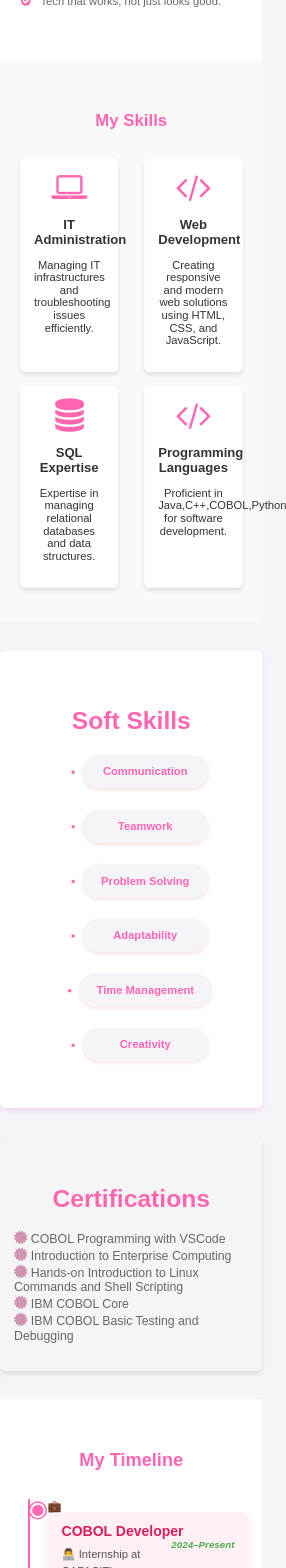
Repository: asandan8106/Asanda-sPortfolio
Page: Portfolio/About.html
The author's editor kept a copy of each file at every save. The page is drawn from the files as they stood at one save, then again after the next save.
The browser window is 375 px wide. The page is 409 px wide, so the pictures cover 409 px, including what lies to the right of the window. The pictures show the part of the page from y = 1574 to 3814 px (the page is 4665 px tall before and 4295 px after), at 70% of full size.

Above is the page before, as saved 2025-05-19 09:36:22.
Console error: ReferenceError: Typed is not defined

### Portfolio/About.html
<!DOCTYPE html>
<html lang="en">
<head>
    <meta charset="UTF-8">
    <meta name="viewport" content="width=device-width, initial-scale=1.0">
    <title>Portfolio - About</title>
    <link rel="stylesheet" href="https://cdnjs.cloudflare.com/ajax/libs/font-awesome/4.7.0/css/font-awesome.min.css">
       <link rel="stylesheet" href="styles/CSS/about.css" />
</head>
<body>
    <link href="https://fonts.googleapis.com/css2?family=Fira+Code&display=swap" rel="stylesheet">

    <!-- Navigation Bar -->
    <header>
        <nav class="navbar">
            <div class="icon-bar">
                <a href="index.html"><i class="fa fa-home"></i><span>Home</span></a>
                <a href="About.html"><i class="fa fa-user"></i><span>About</span></a>
                <a href="project.html"><i class="fa fa-folder"></i><span>Projects</span></a>
                <a href="contact.html"><i class="fa fa-envelope"></i><span>Contact</span></a>
                <a href="chatbot.html"><i class="fa fa-wechat"></i><span>Chatbot</span></a>
            </div>
        </nav>
    </header>


    <!-- Hero Section -->
    <section class="hero-section">
        <div class="text">
            <h1>Welcome to My About Page</h1>
            <p>Discover more about my journey, skills, and experiences as a dedicated IT professional.</p>
        </div>
        <img src="images/picture.webp" alt="Your Photo">
    </section>

    <!-- About Section -->
    <section class="about-section">
        <div class="content">
            <h2>Profile Summary</h2>
            <p>
               Technology has never been just a job for me—it’s a playground where I get to transform complex challenges into practical solutions that genuinely make life easier. I thrive on crafting systems that aren’t just efficient and reliable but intuitive enough to simplify the everyday for users. A recent project I’m proud of is a payroll system that effortlessly handles everything from salary calculations to tax deductions, freeing businesses from tedious manual work and helping them run smoother. I’m detail-driven but always keep the bigger picture in mind, making sure every piece fits perfectly together—solid in its foundation and seamless in its experience. After all, debugging is just like being a detective in a crime movie where you are also the murderer! It’s this balance that fuels my passion and keeps me motivated to create technology that truly makes a difference.


            </p>
        </div>
        <div class="highlights">
            <h2>Key Highlights</h2>
            <ul>
                <li><i class="fa fa-check-circle"></i>Turning tech headaches into smooth experiences..</li>
                <li><i class="fa fa-check-circle"></i> Built systems that actually make life easier (ask my payroll project)...</li>
                <li><i class="fa fa-check-circle"></i> Tech that works, not just looks good.</li>
            </ul>
        </div>
    </section>

    <!-- Skills Section -->
    <section class="skills-section">
        <h2>My Skills</h2>
        <div class="skills-container">
            <div class="skill-card">
                <div class="icon"><i class="fa fa-laptop"></i></div>
                <h3>IT Administration</h3>
                <p>Managing IT infrastructures and troubleshooting issues efficiently.</p>
            </div>
            <div class="skill-card">
                <div class="icon"><i class="fa fa-code"></i></div>
                <h3>Web Development</h3>
                <p>Creating responsive and modern web solutions using HTML, CSS, and JavaScript.</p>
            </div>
            <div class="skill-card">
                <div class="icon"><i class="fa fa-database"></i></div>
                <h3>SQL Expertise</h3>
                <p>Expertise in managing relational databases and data structures.</p>
            </div>
            <div class="skill-card">
                <div class="icon"><i class="fa fa-code"></i></div>
                <h3>Programming Languages</h3>
                <p>Proficient in Java,C++,COBOL,Python for software development.</p>
            </div>
        </div>
    </section>
<section class="soft-skills-section">
    <h2>Soft Skills</h2>
    <ul class="soft-skills-list">
        <li>Communication</li>
        <li>Teamwork</li>
        <li>Problem Solving</li>
        <li>Adaptability</li>
        <li>Time Management</li>
        <li>Creativity</li>
    </ul>
</section>

<section class="certification-section">
    <h2>Certifications</h2>
    <ul class="certification-list">
        <li><i class="fa fa-certificate"></i>
            <a href="https://www.credly.com/badges/4c66f79b-ba31-44de-8d69-b57a3cbdc68f/linked_in_profile" target="_blank" rel="noopener noreferrer">
                COBOL Programming with VSCode
            </a>
        </li>
        <li><i class="fa fa-certificate"></i>
            <a href="https://www.coursera.org/account/accomplishments/verify/8TMCOO9QFN47" target="_blank" rel="noopener noreferrer">
              Introduction to Enterprise Computing
            </a>
        </li>
        <li><i class="fa fa-certificate"></i>
            <a href="https://www.credly.com/badges/31d8a5a7-f87c-4acf-a509-039343c42ad2/linked_in_profile" target="_blank" rel="noopener noreferrer">
             Hands-on Introduction to Linux Commands and Shell Scripting
            </a>
        </li>
        <li><i class="fa fa-certificate"></i>
            <a href="https://www.coursera.org/account/accomplishments/verify/7HGLX49AV1LQ" target="_blank" rel="noopener noreferrer">
              IBM COBOL Core
            </a>
        </li>
         <li><i class="fa fa-certificate"></i>
            <a href="https://www.coursera.org/account/accomplishments/verify/7KDKOBWAL0O5" target="_blank" rel="noopener noreferrer">
             IBM COBOL Basic Testing and Debugging
            </a>
        </li>
    </ul>
</section>
<!-- <section class="timeline-section">
  <h2>My Timeline</h2>
  <div class="timeline-list">
    <div class="timeline-card">
      <div class="marker"></div>
      <div class="content">
        <h3>💼 COBOL Developer <span>2024–Present</span></h3>
        <p>👨‍💻 Began an internship @ CAPACITI.</p>
      </div>
    </div>

    <div class="timeline-card">
      <div class="marker"></div>
      <div class="content">
        <h3>🎓 Honors in IT <span>2024–Present</span></h3>
        <p>🖥️ Currently advancing my expertise through an Honors degree program focused on Information Technology.</p>
      </div>
    </div>

    <div class="timeline-card">
      <div class="marker"></div>
      <div class="content">
        <h3>🤝 Volunteered at Growth Org <span>2022–2024</span></h3>
        <p>🛠️ Contributed as a web developer and IT support, gaining practical experience in the field.</p>
      </div>
    </div>

    <div class="timeline-card">
      <div class="marker"></div>
      <div class="content">
        <h3>🎓 BSc in IT <span>2021–2024</span></h3>
        <p>🏅 Graduated with a degree from Richfield Institute, focusing on systems engineering and software development.</p>
      </div>
    </div>
  </div>
</section> -->


<section class="timeline-section steps-timeline">
  <h2>My Timeline</h2>
  <div class="timeline-container">

    <div class="timeline-step">
      <div class="icon">💼</div>
      <div class="line"></div>
      <div class="content">
        <h3>COBOL Developer <span>2024–Present</span></h3>
        <p>👨‍💻 Internship at CAPACITI.</p>
      </div>
    </div>

    <div class="timeline-step">
      <div class="icon">🎓</div>
      <div class="line"></div>
      <div class="content">
        <h3>Honors in IT <span>2024–Present</span></h3>
        <p>🖥️ Studying at Richfield Graduate Institute.</p>
      </div>
    </div>

    <div class="timeline-step">
      <div class="icon">🤝</div>
      <div class="line"></div>
      <div class="content">
        <h3>Volunteer Work <span>2022–2024</span></h3>
        <p>🛠️ Web Dev & IT Support at Growth Org.</p>
      </div>
    </div>

    <div class="timeline-step">
      <div class="icon">🎓</div>
      <div class="line none"></div>
      <div class="content">
        <h3>BSc in IT <span>2021–2024</span></h3>
        <p>🏅 Graduated from Richfield Institute (Systems Engineering).</p>
      </div>
    </div>

  </div>
</section>

    <button id="back-to-top" aria-label="Back to top">
    ↑
</button>


</section>
 <!-- Footer -->
    <footer>
        <p>&copy; 2024 Asanda Ngwenya. All Rights Reserved.</p>
        <p>Connect with me on
            <a href="https://www.linkedin.com/" target="_blank">LinkedIn</a>,
            <a href="https://twitter.com/" target="_blank">Twitter</a>, and
            <a href="https://www.instagram.com/" target="_blank">Instagram</a>.
        </p>
    </footer>
        <script src="Javascript/animation.js"></script>
</body>
</html>

### Portfolio/styles/CSS/about.css
body {
    font-family: 'Arial', sans-serif;
    margin: 0;
    padding: 0;
    color: #333;
    background-color: #f4f4f9;
}

h1, h2 {
    color: #ff66b2;
}

a {
    text-decoration: none;
}

/* Navigation Bar */
.navbar {
    display: flex;
    justify-content: center;
    align-items: center;
    background: #fff;
    position: fixed;
    top: 0;
    width: 100%;
    height: 60px;
    z-index: 100;
    box-shadow: 0px 2px 10px rgba(0, 0, 0, 0.5);
}

.navbar .icon-bar {
    display: flex;
    gap: 25px;
}

.navbar .icon-bar a {
    text-decoration: none;
    color: rgba(0, 0, 0, 0.5);
    font-size: 18px;
    font-weight: bold;
    display: flex;
    align-items: center;
    transition: color 0.3s, background 0.3s;
    padding: 8px 15px;
    border-radius: 5px;
}

.navbar .icon-bar a i {
    margin-right: 8px;
}

.navbar .icon-bar a:hover {
    color: #d62828;
    background: rgba(255, 255, 255, 0.2);
}

.navbar .icon-bar a span {
    display: inline-block;
}

.navbar-right a:hover {
    color: #ff66b2;
}

/* Hero Section */
.hero-section {
    display: flex;
    justify-content: center;
    align-items: center;
    background: url('https://via.placeholder.com/1500x500') no-repeat center center/cover;
    color: white;
    padding: 100px 20px;
}

.hero-section .text {
    text-align: center;
    margin-right: 30px;
}

.hero-section h1 {
    font-size: 48px;
    margin-bottom: 20px;
    animation: fadeIn 1s ease-out;
}

.hero-section p {
    font-size: 20px;
    line-height: 1.6;
    max-width: 800px;
    margin: 0 auto;
    animation: fadeIn 1.5s ease-out;
    color: #333;
}

.hero-section img {
    border-radius: 50%;
    width: 150px;
    height: 150px;
    object-fit: cover;
    border: 4px solid #ff66b2;
}

/* About Section */
.about-section {
    display: flex;
    flex-wrap: wrap;
    justify-content: space-around;
    padding: 50px 20px;
    background-color: white;
    animation: fadeIn 2s ease-out;
}

.about-section .content, .about-section .highlights {
    flex: 1 1 45%;
    margin: 10px;
}

.about-section .content h2, .about-section .highlights h2 {
    margin-bottom: 20px;
}

.about-section .content p {
    color: #666;
    line-height: 1.8;
}

.about-section .highlights ul {
    list-style: none;
    padding: 0;
}

.about-section .highlights ul li {
    margin: 10px 0;
    color: #666;
}

.about-section .highlights ul li i {
    color: #ff66b2;
    margin-right: 10px;
}

/* Skills Section */
.skills-section {
    padding: 50px 20px;
    background-color: #f9f9f9;
    text-align: center;
}

.skills-section h2 {
    margin-bottom: 40px;
    animation: fadeIn 2s ease-out;
}

.skills-container {
    display: flex;
    justify-content: space-around;
    flex-wrap: wrap;
    gap: 20px;
}

.skill-card {
    background-color: white;
    padding: 20px;
    border-radius: 8px;
    box-shadow: 0 4px 6px rgba(0, 0, 0, 0.1);
    transition: transform 0.3s ease, box-shadow 0.3s ease;
    width: 30%;
    animation: fadeIn 2.5s ease-out;
}

.skill-card:hover {
    transform: translateY(-10px);
    box-shadow: 0 8px 15px rgba(0, 0, 0, 0.2);
}

.skill-card .icon {
    font-size: 40px;
    color: #ff66b2;
    margin-bottom: 15px;
    animation: iconBounce 1s infinite ease-in-out;
}

.skill-card h3 {
    margin-bottom: 10px;
}

/* Soft Skills Section */
.soft-skills-section {
    padding: 50px 20px;
    background-color: #fff;
    max-width: 900px;
    margin: 40px auto;
    border-radius: 8px;
    box-shadow: 0 4px 8px rgba(255, 102, 178, 0.2);
    color: #333;
    text-align: center;
}

.soft-skills-section h2 {
    color: #ff66b2;
    font-size: 2.2rem;
    margin-bottom: 30px;
    font-weight: bold;
    font-family: 'Arial', sans-serif;
}

.soft-skills-list {
    display: flex;
    flex-wrap: wrap;
    justify-content: center;
    gap: 30px;
}

.soft-skills-list li {
    background-color: #f4f4f9;
    padding: 15px 25px;
    border-radius: 25px;
    font-weight: 600;
    color: #ff66b2;
    box-shadow: 0 2px 5px rgba(214, 40, 40, 0.15);
    min-width: 130px;
    transition: background-color 0.3s ease, color 0.3s ease;
    cursor: default;
}

.soft-skills-list li:hover {
    background-color: #ff66b2;
    color: white;
    box-shadow: 0 4px 12px rgba(255, 102, 178, 0.6);
}

/* Certification Section */
.certification-section {
    padding: 40px 20px;
    background-color: #f5f5f5;
    color: #333;
    max-width: 900px;
    margin: 40px auto;
    border-radius: 8px;
    box-shadow: 0 4px 6px rgba(0, 0, 0, 0.1);
}

.certification-section h2 {
    text-align: center;
    margin-bottom: 25px;
    color: #ff66b2;
    font-size: 2.2rem;
    font-weight: bold;
    font-family: 'Arial', sans-serif;
}

.certification-list {
    list-style: none;
    padding-left: 0;
    font-size: 1.1rem;
    max-width: 600px;
    margin: 0 auto;
}

.certification-list li i {
    color: #d193b2;
    font-size: 1.4rem;
}

.certification-list a {
    color: #666;
    text-decoration: none;
    font-weight: 500;
    transition: color 0.3s ease;
}

/* Timeline Section */
.steps-timeline {
  background: #fff;
  padding: 50px 20px;
  max-width: 700px;
  margin: 0 auto;
  font-family: 'Arial', sans-serif;
  color: #333;
}

.steps-timeline h2 {
  text-align: center;
  color: #ff66b2;
  font-size: 32px;
  margin-bottom: 40px;
  font-weight: bold;
}

/* The vertical timeline line */
.timeline-container {
  position: relative;
  padding-left: 40px;
  border-left: 4px solid #ff66b2;
  margin-left: 20px;
}

/* Each timeline step */
.timeline-step {
  position: relative;
  margin-bottom: 50px;
}

/* The circle marker */
.timeline-step::before {
  content: '';
  position: absolute;
  left: -30px;
  top: 5px;
  width: 20px;
  height: 20px;
  background: #ff66b2;
  border-radius: 50%;
  border: 4px solid white;
  box-shadow: 0 0 0 2px #ff66b2;
}

/* Step content container */
.timeline-step .content {
  background: #fff0f6; /* pastel pink background */
  padding: 20px 25px;
  border-radius: 10px;
  box-shadow: 0 4px 10px rgba(255, 102, 178, 0.15);
  transition: box-shadow 0.3s ease;
  position: relative;
  z-index: 1;
}

.timeline-step .content:hover {
  box-shadow: 0 8px 20px rgba(255, 102, 178, 0.3);
}

/* Step title and date */
.timeline-step .content h3 {
  margin: 0 0 10px 0;
  font-size: 20px;
  color: #d81e5b;
  font-weight: 700;
}

.timeline-step .content h3 span {
  font-size: 14px;
  font-style: italic;
  color: #4caf50; /* green for dates */
  float: right;
}

/* Description */
.timeline-step .content p {
  margin: 0;
  color: #555;
  line-height: 1.5;
}

/* Responsive tweaks */
@media (max-width: 600px) {
  .timeline-container {
    padding-left: 25px;
    border-left-width: 3px;
  }

  .timeline-step::before {
    left: -25px;
    width: 16px;
    height: 16px;
    border-width: 3px;
  }

  .timeline-step .content {
    padding: 15px 20px;
  }

  .steps-timeline h2 {
    font-size: 26px;
  }
}

/* Footer */
footer {
    background-color: #333;
    color: white;
    padding: 30px 20px;
    text-align: center;
    margin-top: 50px;
}

footer p {
    margin: 5px 0;
}

footer a {
    color: #f06292;
    text-decoration: none;
    font-weight: bold;
}

footer a:hover {
    text-decoration: underline;
}

/* Back to Top */
#back-to-top {
    position: fixed;
    bottom: 30px;
    right: 30px;
    background-color: #ff66b2;
    color: white;
    border: none;
    padding: 12px 16px;
    border-radius: 50%;
    font-size: 20px;
    cursor: pointer;
    box-shadow: 0 4px 8px rgba(255, 102, 178, 0.4);
    display: none;
    z-index: 200;
    transition: background-color 0.3s ease;
}

#back-to-top:hover {
    background-color: #d62828;
}

/* Animations */
@keyframes fadeIn {
    from {
        opacity: 0;
        transform: translateY(20px);
    }
    to {
        opacity: 1;
        transform: translateY(0);
    }
}

@keyframes slideIn {
    from {
        opacity: 0;
        transform: translateX(-100%);
    }
    to {
        opacity: 1;
        transform: translateX(0);
    }
}

@keyframes iconBounce {
    0%, 100% {
        transform: scale(1);
    }
    50% {
        transform: scale(1.2);
    }
}

### Portfolio/Javascript/animation.js
document.addEventListener("DOMContentLoaded", () => {
    const options = {
   strings: [
    "I am <span class='name'>Asanda</span> Ngwenya",
    "A Software <span class='name'>Developer</span>",
    "I turn caffeine<span class='name'> into</span> code",
    "And bugs <span class='name'>into </span> features",
    "Let's create <span class='name'>something  </span>  amazing together!"
],

        typeSpeed: 50,
        backSpeed: 50,
        backDelay: 2000,
        loop: true // Keeps looping through the phrases
    };

    new Typed(".typing-effect", options);
});

const backToTopButton = document.getElementById('back-to-top');

window.addEventListener('scroll', () => {
  if (window.scrollY > 300) {
    backToTopButton.style.display = 'block';
  } else {
    backToTopButton.style.display = 'none';
  }
});

backToTopButton.addEventListener('click', () => {
  window.scrollTo({ top: 0, behavior: 'smooth' });
});

const faders = document.querySelectorAll('.fade-in-section');

const appearOptions = {
  threshold: 0.1,
  rootMargin: "0px 0px -50px 0px"
};

const appearOnScroll = new IntersectionObserver((entries, appearOnScroll) => {
  entries.forEach(entry => {
    if (entry.isIntersecting) {
      entry.target.classList.add('is-visible');
      appearOnScroll.unobserve(entry.target);
    }
  });
}, appearOptions);

faders.forEach(fader => {
  appearOnScroll.observe(fader);
});

After the next save:
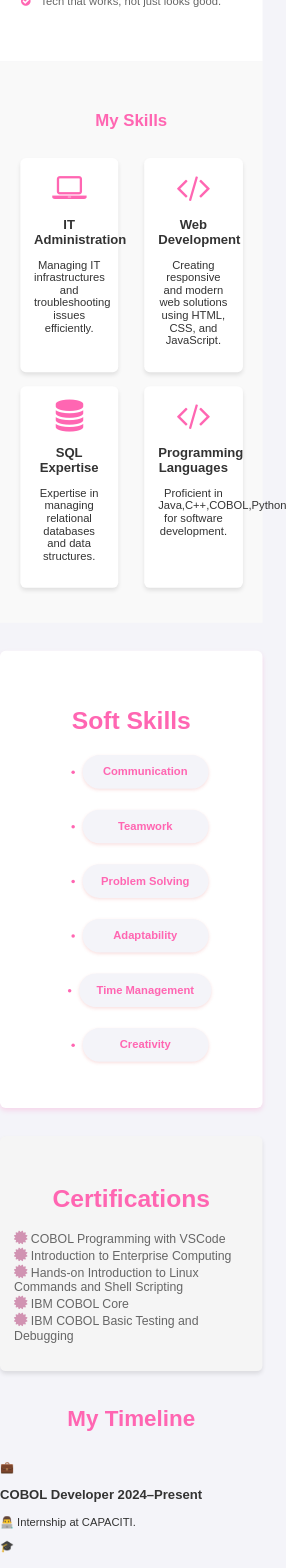
Saved 31 s later.
--- a/Portfolio/styles/CSS/about.css
+++ b/Portfolio/styles/CSS/about.css
@@ -271,11 +271,10 @@
 
 /* Timeline Section */
 .steps-timeline {
-  background: #fff;
-  padding: 50px 20px;
   max-width: 700px;
-  margin: 0 auto;
-  font-family: 'Arial', sans-serif;
+  margin: 50px auto;
+  position: relative;
+  font-family: Arial, sans-serif;
   color: #333;
 }
 
@@ -283,97 +282,81 @@
   text-align: center;
   color: #ff66b2;
   font-size: 32px;
+  font-weight: 700;
   margin-bottom: 40px;
-  font-weight: bold;
-}
-
-/* The vertical timeline line */
-.timeline-container {
+}
+
+/* Timeline vertical line */
+.timeline-vertical {
   position: relative;
-  padding-left: 40px;
+  margin-left: 20px;
+  padding-left: 30px;
   border-left: 4px solid #ff66b2;
-  margin-left: 20px;
-}
-
-/* Each timeline step */
-.timeline-step {
+}
+
+/* Each step */
+.timeline-vertical .step {
   position: relative;
-  margin-bottom: 50px;
-}
-
-/* The circle marker */
-.timeline-step::before {
-  content: '';
+  width: 50%;
+  padding: 15px 20px;
+  background: #fff0f6;
+  border-radius: 12px;
+  margin-bottom: 40px;
+  box-shadow: 0 4px 15px rgba(255, 102, 178, 0.2);
+}
+
+/* Odd steps on left */
+.timeline-vertical .step:nth-child(odd) {
+  left: -100%;
+  margin-left: -40px;
+}
+
+/* Even steps on right */
+.timeline-vertical .step:nth-child(even) {
+  left: 20px;
+}
+
+/* Circle markers */
+.timeline-vertical .step::before {
+  content: "";
   position: absolute;
-  left: -30px;
-  top: 5px;
-  width: 20px;
-  height: 20px;
+  top: 20px;
+  width: 24px;
+  height: 24px;
   background: #ff66b2;
   border-radius: 50%;
   border: 4px solid white;
   box-shadow: 0 0 0 2px #ff66b2;
-}
-
-/* Step content container */
-.timeline-step .content {
-  background: #fff0f6; /* pastel pink background */
-  padding: 20px 25px;
-  border-radius: 10px;
-  box-shadow: 0 4px 10px rgba(255, 102, 178, 0.15);
-  transition: box-shadow 0.3s ease;
-  position: relative;
-  z-index: 1;
-}
-
-.timeline-step .content:hover {
-  box-shadow: 0 8px 20px rgba(255, 102, 178, 0.3);
-}
-
-/* Step title and date */
-.timeline-step .content h3 {
-  margin: 0 0 10px 0;
-  font-size: 20px;
+  z-index: 2;
+}
+
+/* Marker position left/right */
+.timeline-vertical .step:nth-child(odd)::before {
+  right: -48px;
+}
+
+.timeline-vertical .step:nth-child(even)::before {
+  left: -48px;
+}
+
+/* Titles and text */
+.timeline-vertical .step h3 {
+  margin: 0 0 8px;
+  font-weight: 700;
   color: #d81e5b;
-  font-weight: 700;
-}
-
-.timeline-step .content h3 span {
+}
+
+.timeline-vertical .step span {
+  font-size: 13px;
+  font-style: italic;
+  color: #4caf50;
+}
+
+.timeline-vertical .step p {
   font-size: 14px;
-  font-style: italic;
-  color: #4caf50; /* green for dates */
-  float: right;
-}
-
-/* Description */
-.timeline-step .content p {
-  margin: 0;
   color: #555;
-  line-height: 1.5;
-}
-
-/* Responsive tweaks */
-@media (max-width: 600px) {
-  .timeline-container {
-    padding-left: 25px;
-    border-left-width: 3px;
-  }
-
-  .timeline-step::before {
-    left: -25px;
-    width: 16px;
-    height: 16px;
-    border-width: 3px;
-  }
-
-  .timeline-step .content {
-    padding: 15px 20px;
-  }
-
-  .steps-timeline h2 {
-    font-size: 26px;
-  }
-}
+}
+
 
 /* Footer */
 footer {

After the save that followed:
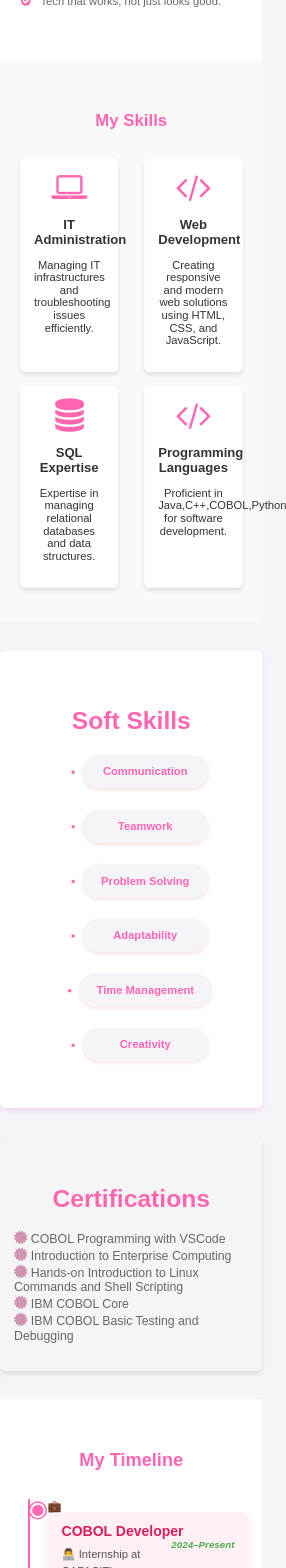
Saved 47 s later.
--- a/Portfolio/styles/CSS/about.css
+++ b/Portfolio/styles/CSS/about.css
@@ -271,10 +271,11 @@
 
 /* Timeline Section */
 .steps-timeline {
+  background: #fff;
+  padding: 50px 20px;
   max-width: 700px;
-  margin: 50px auto;
-  position: relative;
-  font-family: Arial, sans-serif;
+  margin: 0 auto;
+  font-family: 'Arial', sans-serif;
   color: #333;
 }
 
@@ -282,81 +283,97 @@
   text-align: center;
   color: #ff66b2;
   font-size: 32px;
-  font-weight: 700;
   margin-bottom: 40px;
-}
-
-/* Timeline vertical line */
-.timeline-vertical {
+  font-weight: bold;
+}
+
+/* The vertical timeline line */
+.timeline-container {
   position: relative;
+  padding-left: 40px;
+  border-left: 4px solid #ff66b2;
   margin-left: 20px;
-  padding-left: 30px;
-  border-left: 4px solid #ff66b2;
-}
-
-/* Each step */
-.timeline-vertical .step {
+}
+
+/* Each timeline step */
+.timeline-step {
   position: relative;
-  width: 50%;
-  padding: 15px 20px;
-  background: #fff0f6;
-  border-radius: 12px;
-  margin-bottom: 40px;
-  box-shadow: 0 4px 15px rgba(255, 102, 178, 0.2);
-}
-
-/* Odd steps on left */
-.timeline-vertical .step:nth-child(odd) {
-  left: -100%;
-  margin-left: -40px;
-}
-
-/* Even steps on right */
-.timeline-vertical .step:nth-child(even) {
-  left: 20px;
-}
-
-/* Circle markers */
-.timeline-vertical .step::before {
-  content: "";
+  margin-bottom: 50px;
+}
+
+/* The circle marker */
+.timeline-step::before {
+  content: '';
   position: absolute;
-  top: 20px;
-  width: 24px;
-  height: 24px;
+  left: -30px;
+  top: 5px;
+  width: 20px;
+  height: 20px;
   background: #ff66b2;
   border-radius: 50%;
   border: 4px solid white;
   box-shadow: 0 0 0 2px #ff66b2;
-  z-index: 2;
-}
-
-/* Marker position left/right */
-.timeline-vertical .step:nth-child(odd)::before {
-  right: -48px;
-}
-
-.timeline-vertical .step:nth-child(even)::before {
-  left: -48px;
-}
-
-/* Titles and text */
-.timeline-vertical .step h3 {
-  margin: 0 0 8px;
+}
+
+/* Step content container */
+.timeline-step .content {
+  background: #fff0f6; /* pastel pink background */
+  padding: 20px 25px;
+  border-radius: 10px;
+  box-shadow: 0 4px 10px rgba(255, 102, 178, 0.15);
+  transition: box-shadow 0.3s ease;
+  position: relative;
+  z-index: 1;
+}
+
+.timeline-step .content:hover {
+  box-shadow: 0 8px 20px rgba(255, 102, 178, 0.3);
+}
+
+/* Step title and date */
+.timeline-step .content h3 {
+  margin: 0 0 10px 0;
+  font-size: 20px;
+  color: #d81e5b;
   font-weight: 700;
-  color: #d81e5b;
-}
-
-.timeline-vertical .step span {
-  font-size: 13px;
+}
+
+.timeline-step .content h3 span {
+  font-size: 14px;
   font-style: italic;
-  color: #4caf50;
-}
-
-.timeline-vertical .step p {
-  font-size: 14px;
+  color: #4caf50; /* green for dates */
+  float: right;
+}
+
+/* Description */
+.timeline-step .content p {
+  margin: 0;
   color: #555;
-}
-
+  line-height: 1.5;
+}
+
+/* Responsive tweaks */
+@media (max-width: 600px) {
+  .timeline-container {
+    padding-left: 25px;
+    border-left-width: 3px;
+  }
+
+  .timeline-step::before {
+    left: -25px;
+    width: 16px;
+    height: 16px;
+    border-width: 3px;
+  }
+
+  .timeline-step .content {
+    padding: 15px 20px;
+  }
+
+  .steps-timeline h2 {
+    font-size: 26px;
+  }
+}
 
 /* Footer */
 footer {
